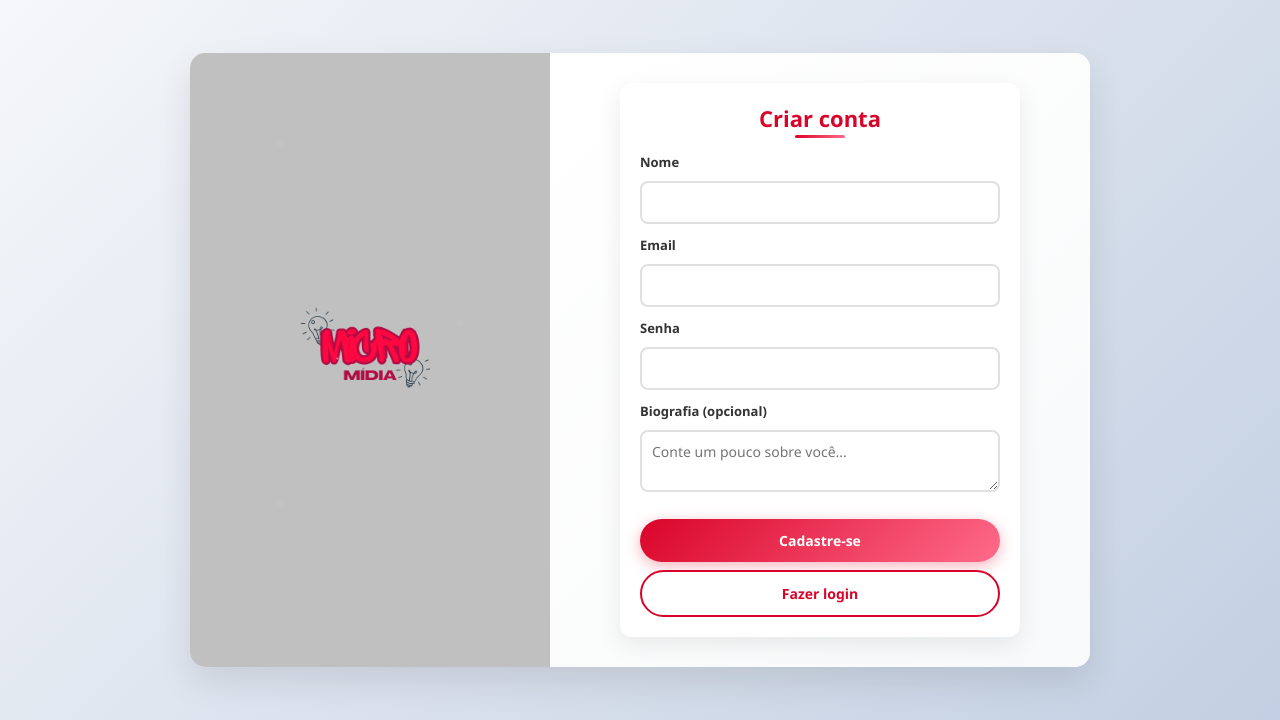
Repository: annaluizapm/MicroMidia
Page: front/HTML/cadastro.html
An editor plug-in stored every save of this project. The page is shown before and after the next save, followed by the edit.
The browser window is 1280 px wide. The pictures show the whole page.

Above is the page before, as saved 2025-09-05 19:14:10.

After the next save:
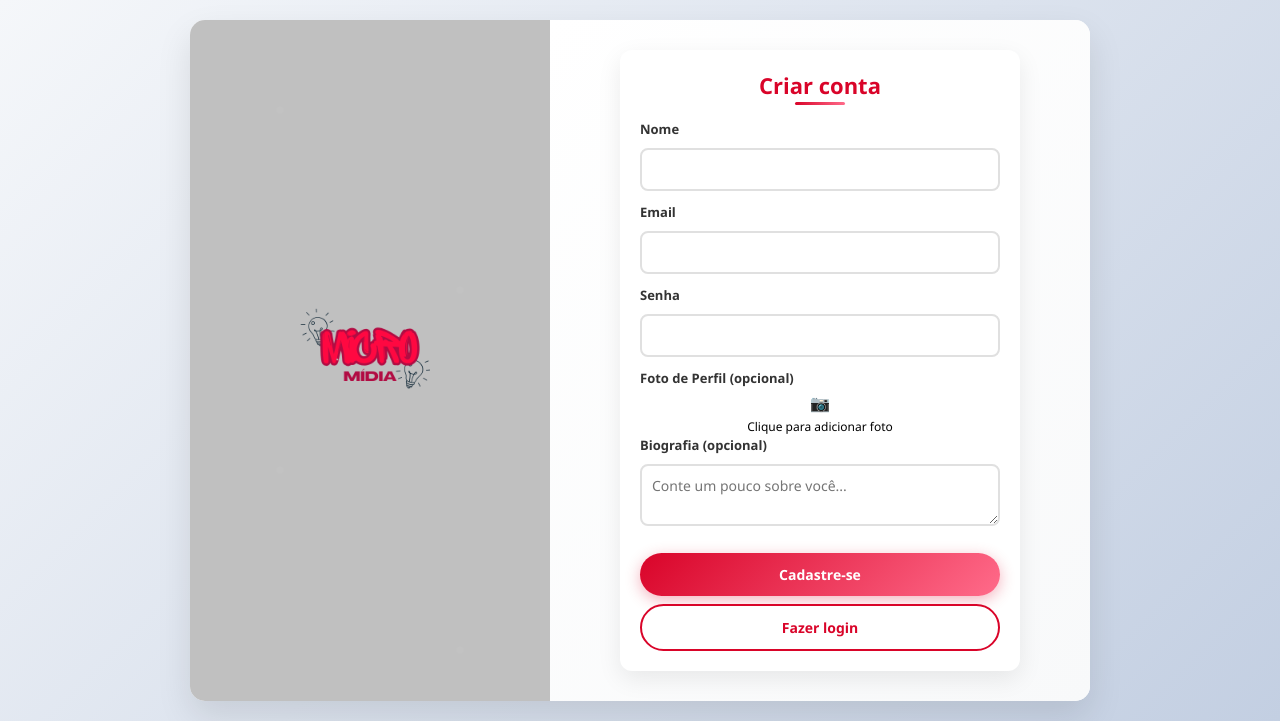
Saved 3 min 13 s later.
--- a/front/HTML/cadastro.html
+++ b/front/HTML/cadastro.html
@@ -24,6 +24,16 @@
                     <label for="senha">Senha</label>
                     <input type="password" id="senha" name="senha" required>
 
+                    <label for="foto_perfil">Foto de Perfil (opcional)</label>
+                    <div class="foto-upload-container">
+                        <input type="file" id="foto_perfil" name="foto_perfil" accept="image/*" style="display: none;">
+                        <div class="foto-preview" id="foto-preview" onclick="document.getElementById('foto_perfil').click()">
+                            <div class="foto-placeholder">
+                                📷<br><span style="font-size: 12px;">Clique para adicionar foto</span>
+                            </div>
+                        </div>
+                    </div>
+
                     <label for="bio">Biografia (opcional)</label>
                     <textarea id="bio" name="bio" placeholder="Conte um pouco sobre você..."></textarea>
 
